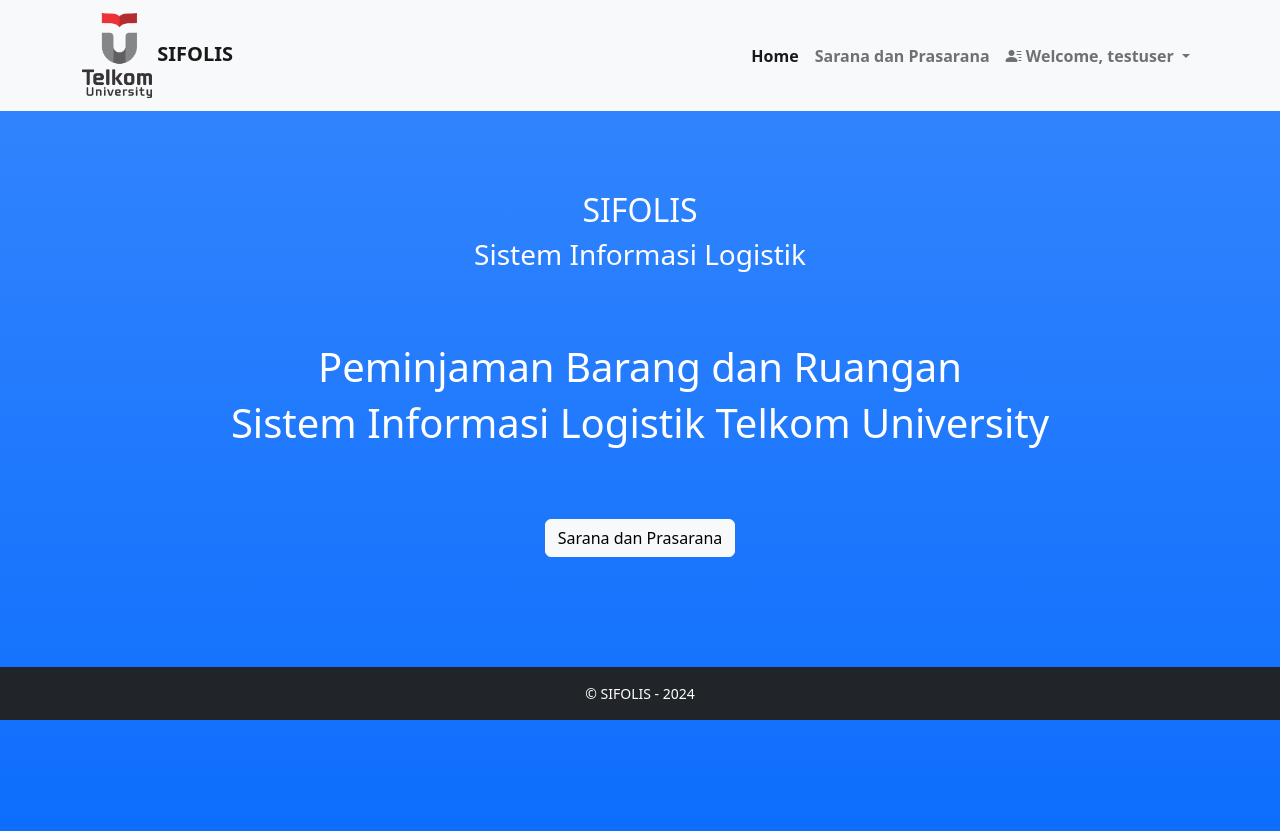
Repository: Audi87/uas_framework
Page: http://localhost/
The author's editor kept a copy of each file at every save. The page is drawn from the files as they stood at one save, then again after a run of saves.
The browser window is 1280 px wide. The pictures show the whole page.
Some web libraries are served in a nearby version. The page is served by the project's Laravel application, run on PHP 8.4 with Laravel 10. A made-up administrator, Test User (test@example.com), is signed in. Other server files are loaded and not shown.

Above is the page before, as saved 2024-06-13 20:56:36.

### routes/web.php
<?php

use App\Http\Controllers\{
    BarangController, ContactController, CustumerController, DataPeminjamanController, HistoryController,
    Home, LoginController, PeminjamanController, ProfilController, RegistrasiController,
    SaranaDanPrasaranaController, AdminController
};
use Illuminate\Support\Facades\Route;


Route::get('/', [Home::class, 'index'])->middleware('auth');

Route::get('/login', [LoginController::class, 'index'])->name('login')->middleware('guest');
Route::post('/login', [LoginController::class, 'login']);
Route::post('/logout', [LoginController::class, 'logout']);

Route::get('/registrasi', [RegistrasiController::class, 'index'])->middleware('guest');
Route::post('/registrasi', [RegistrasiController::class, 'registrasi']);

Route::get('/dashboard', function() {
    return view('dashboard.index', ['title' => 'Dashboard Admin']);
})->middleware('admin');

Route::get('/profil/{user:id}', [ProfilController::class, 'index'])->middleware('auth');

Route::get('/sarana dan prasarana', [SaranaDanPrasaranaController::class, 'index'])->middleware('auth');
Route::resource('/sarana-prasarana', BarangController::class)->middleware('admin');

Route::get('/peminjaman/{barang:id}', [PeminjamanController::class, 'index'])->middleware('auth');
Route::post('/peminjaman/{barang:id}', [PeminjamanController::class, 'peminjaman'])->middleware('auth');

Route::get('/history/{user:id}', [HistoryController::class, 'index'])->middleware('auth');

Route::get('/kembalikan/{id}', [PeminjamanController::class, 'kembalikan'])->middleware('auth');
Route::get('/detail-peminjaman/{id}', [PeminjamanController::class, 'detailPeminjaman'])->middleware('auth');

Route::get('/category/{id}', [SaranaDanPrasaranaController::class, 'category'])->middleware('auth');

Route::get('/custumer', [CustumerController::class, 'index'])->middleware('admin');
Route::get('/custumer/{user:id}', [CustumerController::class, 'detail'])->middleware('admin');

Route::get('/data-peminjaman', [DataPeminjamanController::class, 'index'])->middleware('admin');
Route::get('/data-peminjaman/{id}', [DataPeminjamanController::class, 'detail'])->middleware('admin');

Route::get('/contact', [ContactController::class, 'index'])->middleware('auth');

### app/Models/User.php
<?php

namespace App\Models;

// use Illuminate\Contracts\Auth\MustVerifyEmail;
use Illuminate\Database\Eloquent\Factories\HasFactory;
use Illuminate\Foundation\Auth\User as Authenticatable;
use Illuminate\Notifications\Notifiable;
use Laravel\Sanctum\HasApiTokens;

class User extends Authenticatable
{
    use HasApiTokens, HasFactory, Notifiable;

    /**
     * The attributes that are mass assignable.
     *
     * @var array<int, string>
     */
    // protected $fillable = [
    //     'name',
    //     'email',
    //     'password',
    // ];

    /**
     * The attributes that should be hidden for serialization.
     *
     * @var array<int, string>
     */
    protected $hidden = [
        'password',
        'remember_token',
    ];

    /**
     * The attributes that should be cast.
     *
     * @var array<string, string>
     */
    protected $casts = [
        'email_verified_at' => 'datetime',
    ];

    protected $guarded = ['id'];

    public function peminjaman(){
        return $this->belongsTo(Peminjaman::class);
    }
}

### app/Http/Controllers/Home.php
<?php

namespace App\Http\Controllers;

use Illuminate\Http\Request;

class Home extends Controller
{
    //function untuk menampilkan view home
    public function index(){
        return view('index', [
            'title' => 'Home'
        ]);
    }
}

### resources/views/index.blade.php
<!doctype html>
<html lang="en">

<head>
    <meta charset="utf-8">
    <meta name="viewport" content="width=device-width, initial-scale=1">
    <title>{{ $title }}</title>

    <link href="https://cdn.jsdelivr.net/npm/bootstrap@5.2.0/dist/css/bootstrap.min.css" rel="stylesheet"
        integrity="sha384-gH2yIJqKdNHPEq0n4Mqa/HGKIhSkIHeL5AyhkYV8i59U5AR6csBvApHHNl/vI1Bx" crossorigin="anonymous">

    {{-- Styel Css Home --}}
    <link rel="stylesheet" href="/css/style.css">

    {{-- Link Icons Bootstrap --}}
    <link rel="stylesheet" href="https://cdn.jsdelivr.net/npm/bootstrap-icons@1.9.1/font/bootstrap-icons.css">

    {{-- Link Animtion Aos --}}
    <link rel="stylesheet" href="https://unpkg.com/aos@next/dist/aos.css" />

</head>

<body>

    @include('navbar.navbar')

    <div class="container-fluid bg-primary bg-gradient" id="container-fluid">
        <div class="container1">

            <div class="row py-3 text-center">
                <div class="col-lg-4 offset-lg-4 col-md-6 offset-md-3 col-sm-8 offset-sm-2 col-12 mt-3">
                    @if (session()->has('success'))
                        {{-- Alert --}}
                        <div class="alert alert-success" role="alert">
                            <strong>{{ session('success') }}</strong>
                        </div>
                        {{-- End alert --}}
                    @endif
                </div>
            </div>

            <div class="row py-3 text-center text-white">
                <div class="col-lg-12 mt-3">
                    <h2>SIFOLIS</h2>
                    <h3>Sistem Informasi Logistik</h3>
                </div>
            </div>



            <div class="row text-white text-center d-flex justify-content-center mt-5">
                <div class="col-lg-8">
                    <h1>Peminjaman Barang dan Ruangan<h1>
                            <n>Sistem Informasi Logistik Telkom University
                        </h1>
                        </n>
                </div>
            </div>

            <div class="row py-3 text-center mt-5" data-aos="flip-left" data-aos-duration="2000">
                <div class="col-lg-12">
                    <a href="sarana dan prasarana" class="btn btn-light ">Sarana dan Prasarana</a>
                </div>
            </div><br><br><br><br><br><br>

        </div>
    </div>

    @include('footer.footer')

    <script src="https://cdn.jsdelivr.net/npm/bootstrap@5.2.0/dist/js/bootstrap.bundle.min.js"
        integrity="sha384-A3rJD856KowSb7dwlZdYEkO39Gagi7vIsF0jrRAoQmDKKtQBHUuLZ9AsSv4jD4Xa" crossorigin="anonymous">
    </script>

    {{-- Link Jquery --}}
    <script src="js/jquery.js"></script>

    {{-- Link Script Js --}}
    <script src="js/script.js"></script>

    <script src="https://unpkg.com/aos@next/dist/aos.js"></script>
    <script>
        AOS.init();
    </script>

</body>

</html>

### resources/views/navbar/navbar.blade.php
{{-- Navbar --}}
<nav class="navbar navbar-expand-lg bg-light navbar-light">
    <div class="container">
        <a class="navbar-brand" href="/"><img src="img/logo.png" width="70" alt="" data-aos="flip-left"
                data-aos-duration="2000"> SIFOLIS </a>
        <button class="navbar-toggler" type="button" data-bs-toggle="collapse" data-bs-target="#navbarNav"
            aria-controls="navbarNav" aria-expanded="false" aria-label="Toggle navigation">
            <span class="navbar-toggler-icon"></span>
        </button>
        <div class="collapse navbar-collapse" id="navbarNav">
            <ul class="navbar-nav ms-auto">
                <li class="nav-item">
                    <a class="nav-link {{ Request::is('/') ? 'active' : '' }}" aria-current="page"
                        href="/">Home</a>
                </li>
                <li class="nav-item">
                    <a class="nav-link {{ Request::is('sarana dan prasarana') ? 'active' : '' }}" aria-current="page"
                        href="/sarana dan prasarana">Sarana dan Prasarana</a>
                </li>

                @auth
                    <li class="nav-item dropdown">
                        <a class="nav-link dropdown-toggle" href="#" role="button" data-bs-toggle="dropdown"
                            aria-expanded="false">
                            <i class="bi bi-person-lines-fill"></i> Welcome, {{ auth()->user()->username }}
                        </a>
                        <ul class="dropdown-menu">
                            @can('admin')
                                <li><a class="dropdown-item" href="/dashboard">Dashboard Admin</a></li>
                            @endcan
                            <li><a class="dropdown-item" href="/history/{{ auth()->user()->id }}">Peminjaman</a></li>
                            <li><a class="dropdown-item" href="/contact">Contact Us</a></li>
                            <li><a class="dropdown-item" href="/profil/{{ auth()->user()->id }}"><i
                                        class="bi bi-person-lines-fill"></i> My Profil</a></li>
                            <li>
                                <hr class="dropdown-divider">
                            </li>
                            {{-- Form Logout --}}
                            <form action="/logout" method="post">
                                @csrf
                                <button type="submit" class="dropdown-item"
                                    onclick="return confirm('sure want to go out?')"><i class="bi bi-box-arrow-in-left"></i>
                                    Logout</button>
                            </form>
                            {{-- End From --}}
                        </ul>
                    </li>
                @else
                    <li class="nav-item">
                        <a class="nav-link {{ Request::is('login') ? 'active' : '' }}" href="/login"><i
                                class="bi bi-box-arrow-in-right"></i> Login</a>
                    </li>
                @endauth

            </ul>
        </div>
    </div>
</nav>
{{-- End Navbar --}}

### resources/views/footer/footer.blade.php
<div class="container">
    <!-- Konten Halaman di sini -->
</div>
<div class="fixed-bottom">
<footer class="container-fluid bg-dark text-white text-center">
    <div class="container1">
        <div class="row">
            <div class="col-lg-12">
                <small><p class="mt-3">&copy; SIFOLIS - 2024</p></small>
            </div>
        </div>
    </div>
    </div>
</footer>

### public/css/style.css
html, body {
    height: 100%;
    margin: 0;
    background-image: url('/img/sekolah.jpg');
    background-size: cover;
    background-position: center;
    background-repeat: no-repeat;
}

.container-fluid {

    min-height: 100%; /* Pastikan kontainer memiliki tinggi minimal 100% dari tinggi viewport */
}

nav ul li {
    font-weight: bold;
}

nav a {
    font-weight: bold;
}

nav ul li:hover {
    background-color: orangered;

    border-radius: 17px;

}

nav {
    position: absolute;
    z-index: 1000;
}

.container {
    display: flex;
    justify-content: flex-end;
    margin-left: auto;
}

.icon-container {
    display: flex;
    gap: 10px; /* Optional: Adds space between the images */
    align-items: center; /* Optional: Aligns images vertically if they are of different sizes */
}

.full-height {
    min-height: 100vh; /* 100% dari tinggi viewport */
}

### public/js/script.js
$(document).ready(function(){


    window.setTimeout(function(){
        $('.alert').fadeTo(300, 0).slideUp(300, function(){
            $(this).remove();
        });
    }, 4000);

    // Js Show password
    $('#flexCheckDefault').click(function(){
        if($(this).is(':checked')){
            $('#password').attr('type', 'text')
        }else{
            $('#password').attr('type', 'password')
        }
    });

});

Loaded but not shown: app/Http/Controllers/Controller.php (common file); public/js/jquery.js (library)

After the next 5 saves:
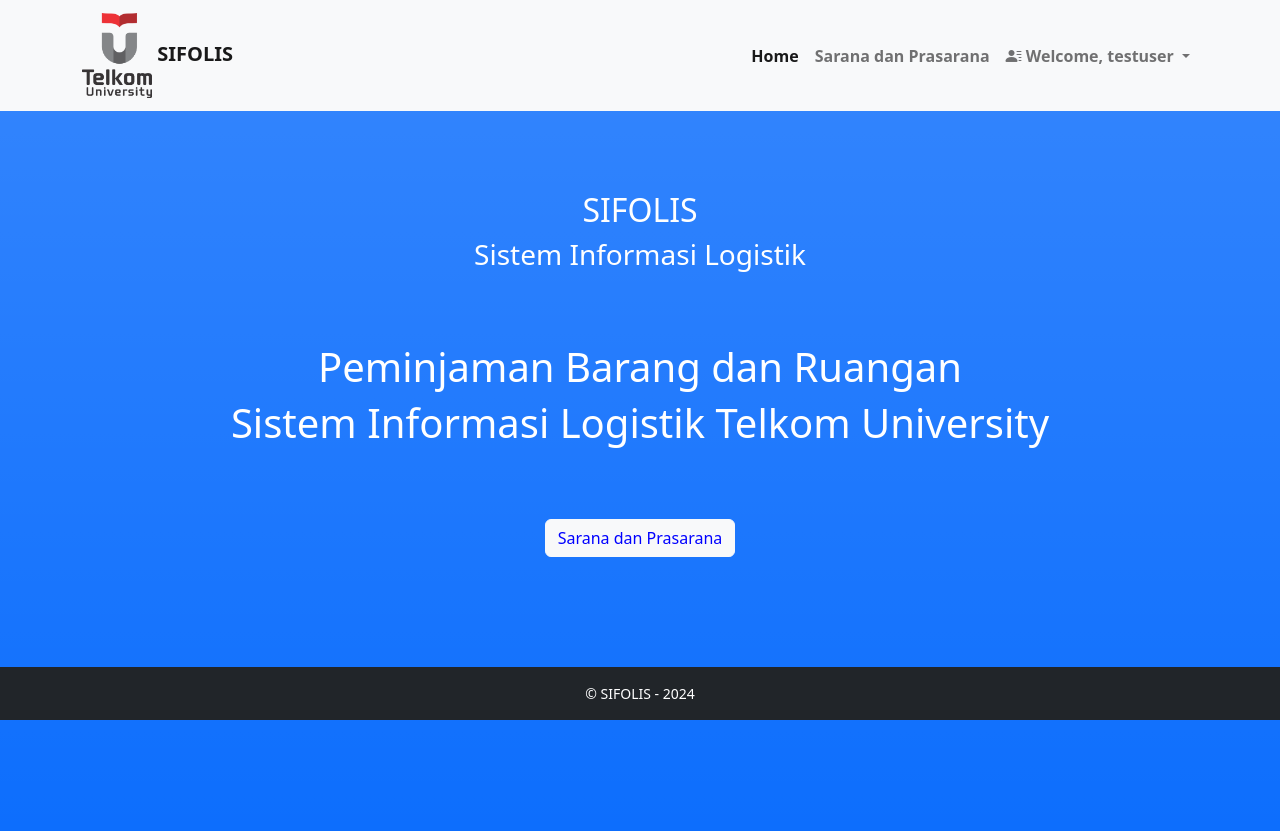
The 5 saves are shown as one change because they came seconds apart.
The last was saved 20 s later.
--- a/public/css/style.css
+++ b/public/css/style.css
@@ -47,3 +47,7 @@
 .full-height {
     min-height: 100vh; /* 100% dari tinggi viewport */
 }
+
+.btn{
+    color: blue;
+}
